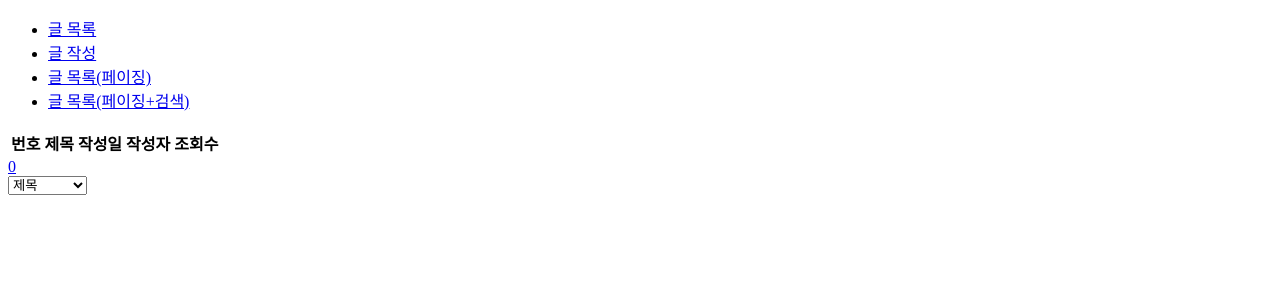
Repository: parkdonghwan97/Board_Spring
Page: http://localhost/board/WEB-INF/views/board/listPageSearch.jsp
An editor plug-in stored every save of this project. The page is shown before and after the next save, followed by the edit.
The browser window is 1280 px wide. The pictures show the whole page.
The page is served by Tomcat 9. Nobody is signed in. The template is opened directly, without the code that normally fills it, so the values that code supplies are empty.

Above is the page before, as saved 2022-07-09 04:53:24.

After the next save:
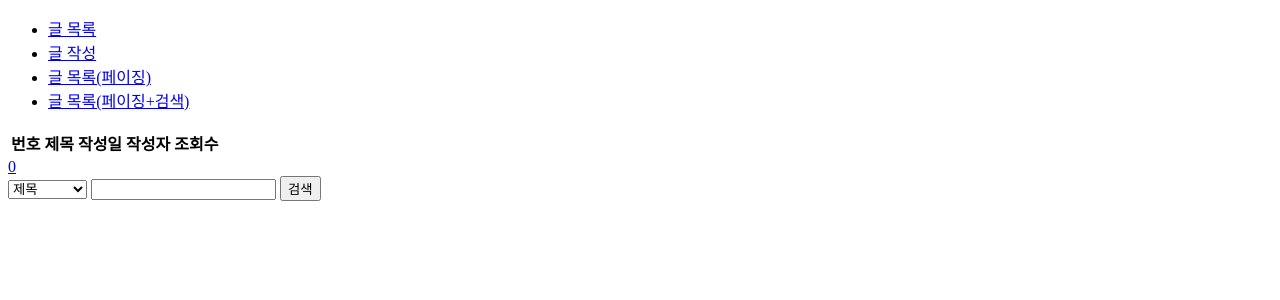
Saved 75 s later.
--- a/workspace/board/src/main/webapp/WEB-INF/views/board/listPageSearch.jsp
+++ b/workspace/board/src/main/webapp/WEB-INF/views/board/listPageSearch.jsp
@@ -81,6 +81,8 @@
  		<option value="title_content">제목+내용</option>
  		<option value="writer">작성자</option>
  	</select>
+ 	<input type="text" name="keyword" />
+ 	<button type="button">검색</button>
  </div>
 
 
